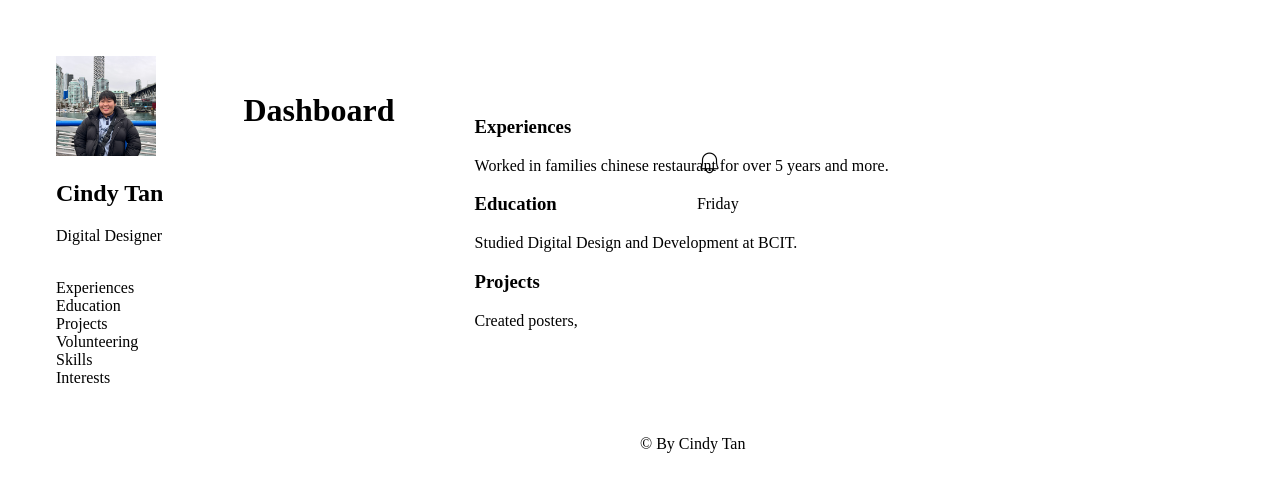
Repository: Cindy-tan/Assessment-_1
Page: /
The author's editor kept a copy of each file at every save. The page is drawn from the files as they stood at one save, then again after the next save.
The browser window is 1280 px wide. The pictures show the whole page.
The project was rebuilt for these pictures with package versions that can differ from the ones it lists, and the page was loaded fresh each time. The framework's server and built-in components were replaced by stand-ins that run in the browser. Also part of the build but not shown: next.config.js, components/Card/Card.module.css, components/SideNavigation/SideNavigation.module.css.

Above is the page before, as saved 2024-01-19 00:01:26.

After the next save:
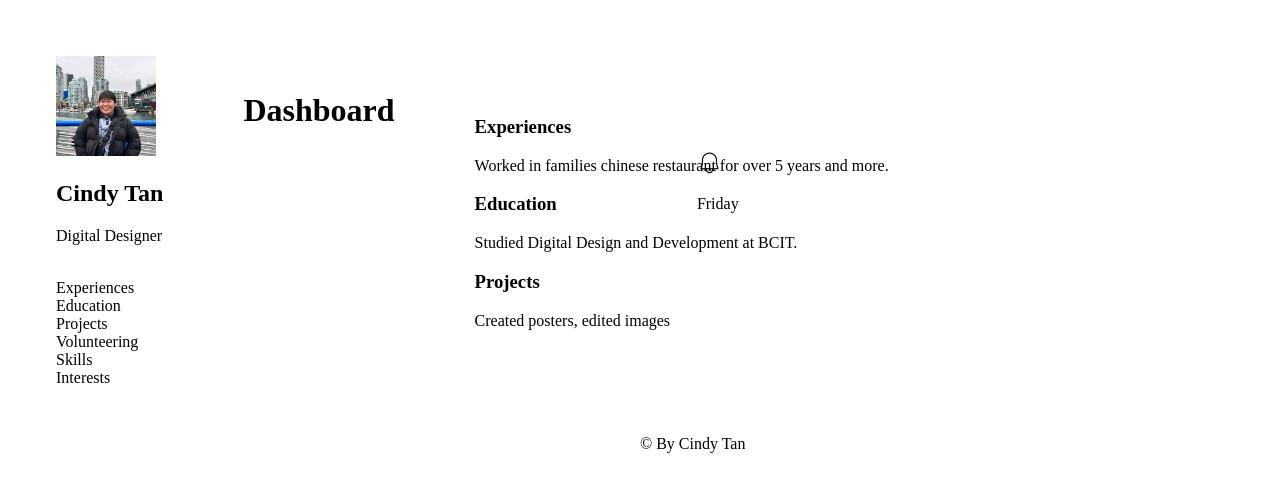
Saved 6 s later.
--- a/pages/index.js
+++ b/pages/index.js
@@ -32,7 +32,7 @@ export default function Home() {
         <div className={`${styles.card}`}>
           <Card title='Experiences' description='Worked in families chinese restaurant for over 5 years and more.'/>
           <Card title='Education' description='Studied Digital Design and Development at BCIT.'/>
-          <Card title='Projects' description='Created posters, '/>
+          <Card title='Projects' description='Created posters, edited images'/>
         </div>
 
 
